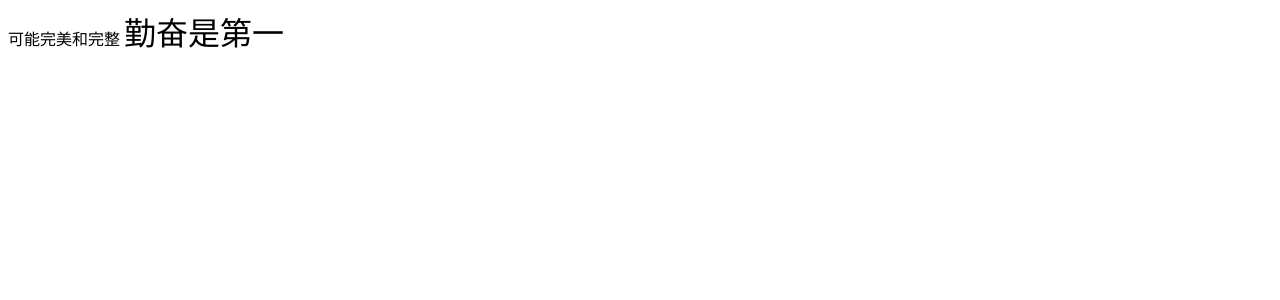
Repository: yuquan1006/-
Page: 02_css/demo.html
These files come from the project's save history. The page is drawn as it stood at one moment and after the next save; the edit follows.
The browser window is 1280 px wide. The pictures show the whole page.

Above is the page before, as saved 2023-06-26 10:36:50.

After the next save:
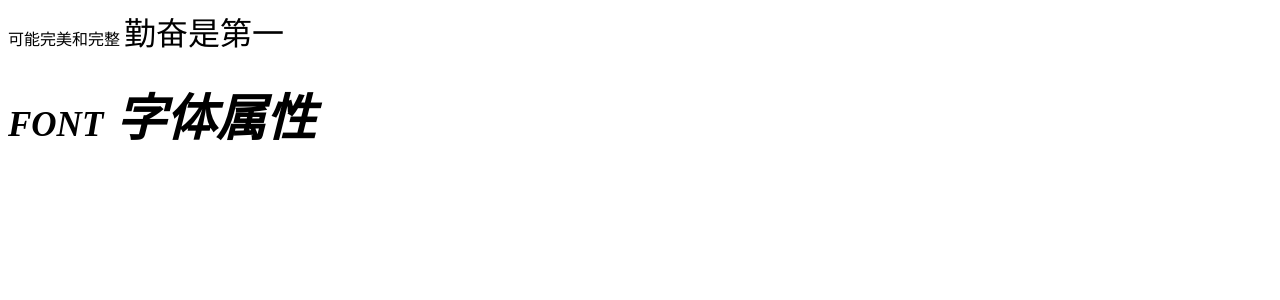
Saved 5 s later.
--- a/02_css/demo.html
+++ b/02_css/demo.html
@@ -28,7 +28,7 @@
     </div>
 
     <div>
-        <p></p>
+        <p>font 字体属性</p>
     </div>
 
     <!-- 字体属性-->
